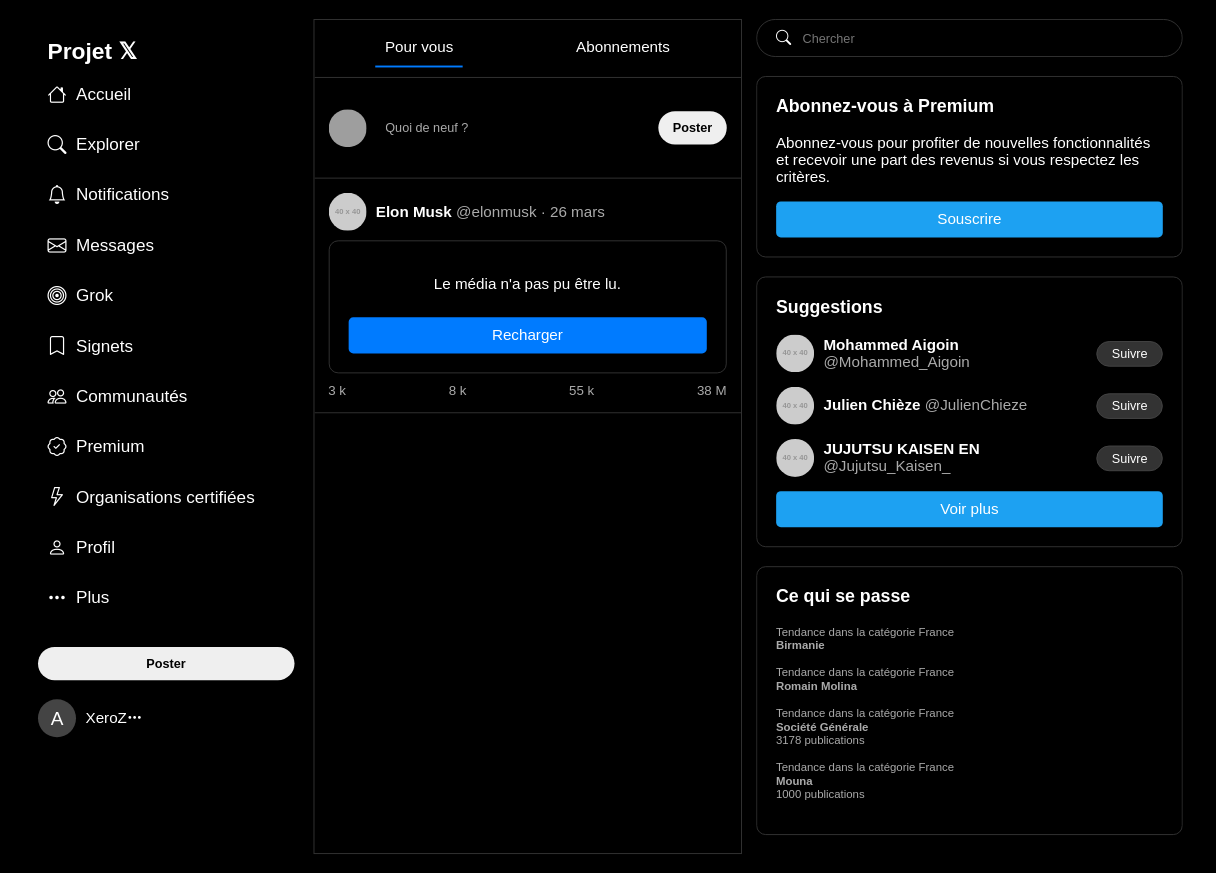
Repository: barriefl/ProjetX_BARRIER_MAULINE_MARQUES-FELIX_SERVONNET
Page: web/front/main.html
The author's editor kept a copy of each file at every save. The page is drawn from the files as they stood at one save, then again after the next save.
The browser window is 1280 px wide. The pictures show the whole page, at 95% of full size.
Pictures or frames that could not be fetched are drawn as grey boxes.

Above is the page before, as saved 2025-03-31 09:22:30.

After the next save:
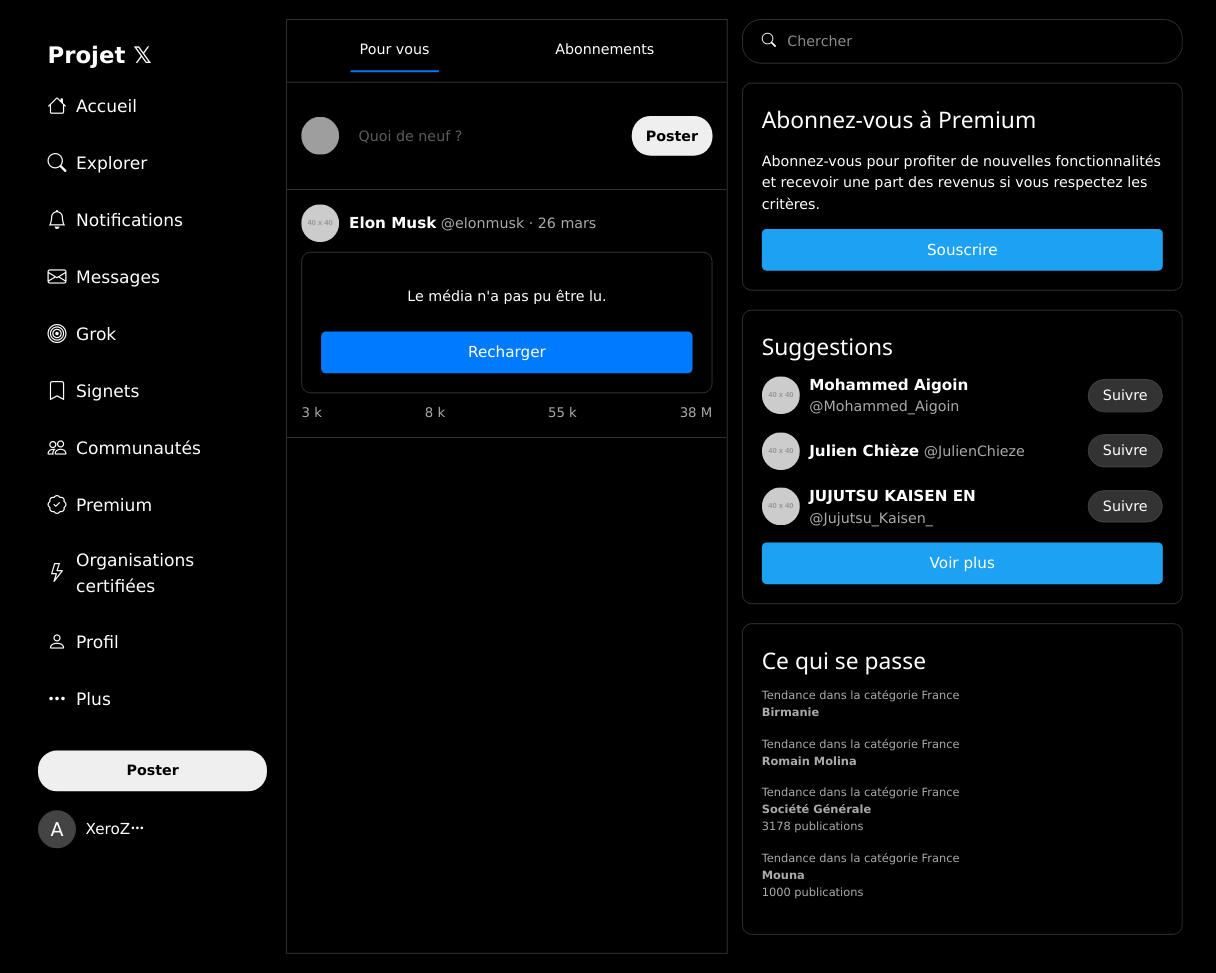
Saved 6 s later.
--- a/web/front/main.html
+++ b/web/front/main.html
@@ -6,6 +6,7 @@
     <title>Projet &Xopf;</title>
     <link rel="icon" type="image/x-icon" href="image/twitter-x.svg" />
     <link rel="stylesheet" href="style/main.css" />
+    <link rel="stylesheet" href="https://www.w3schools.com/w3css/5/w3.css" />
     <link
       rel="stylesheet"
       href="https://cdn.jsdelivr.net/npm/bootstrap-icons@1.5.0/font/bootstrap-icons.css"
@@ -27,7 +28,8 @@
         </li>
         <li>
           <a href="#"
-            ><span class="icon"><i class="bi bi-bell"></i></span> Notifications</a
+            ><span class="icon"><i class="bi bi-bell"></i></span>
+            Notifications</a
           >
         </li>
         <li>
